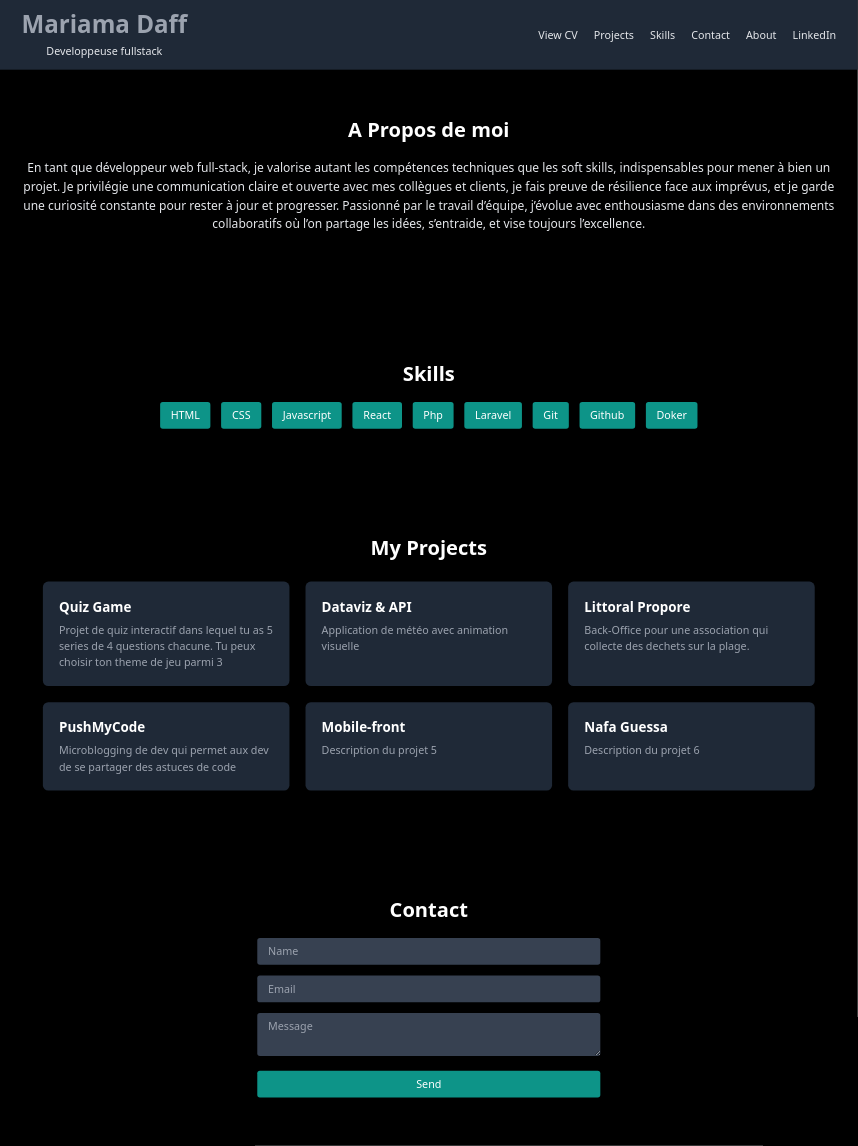
Repository: mariamdaff/Projets_Perso
Page: / (app in mon_portfolio/)
These files come from the project's save history. The page is drawn as it stood at one moment and after the next save; the edit follows.
The browser window is 1280 px wide. The pictures show the whole page, at 67% of full size.
The project was rebuilt for these pictures with package versions that can differ from the ones it lists, and the page was loaded fresh each time. Also part of the build but not shown: mon_portfolio/vite.config.js.

Above is the page before, as saved 2025-04-20 17:10:04.

### mon_portfolio/index.html
<!doctype html>
<html lang="en">
  <head>
    <meta charset="UTF-8" />
    <link rel="icon" type="image/svg+xml" href="/cvFivicon.png" />
    <meta name="viewport" content="width=device-width, initial-scale=1.0" />
    <title>Mon portfolio</title>
  </head>
  <body className="bg-black text-gray-400">
    <div id="root"></div>
    <script type="module" src="/src/main.jsx"></script>
  </body>
</html>

### mon_portfolio/src/main.jsx
import './index.css';
import { StrictMode } from 'react'
import { createRoot } from 'react-dom/client'
import './index.css'
import App from './App.jsx'

createRoot(document.getElementById('root')).render(
  <StrictMode>
    <App />
  </StrictMode>,
)

### mon_portfolio/src/App.jsx
import React from 'react';
import { BrowserRouter as Router, Routes, Route } from 'react-router-dom';
// import NavbarElement from './component/navBar/NavBarComponent';
import Layout from './Layout';


const App = () => {
  return (
    <Router>

      <Routes>
        <Route path="/" element={<Layout />}>
        </Route>
      </Routes>

    </Router>
  );
};

export default App;

### mon_portfolio/src/Layout.jsx
import React from 'react';
import NavbarElement from './components/navBar/NavBarComponent';
import Projets from './components/projets/Projets';
import Contact from './components/contact/Contact';
import APropos from './components/A_Propos/APropos';
import Skills from './components/skills/Skills';
import { Element } from 'react-scroll';

const Layout = () => {
  return (
    <div className="bg-black min-h-screen text-white scroll-smooth">
      <NavbarElement />
      <main className="p-6 space-y-16">
        <Element name="a-propos">
          <APropos />
        </Element>
        <Element name="skills">
          <Skills />
        </Element>
        <Element name="projets">
          <Projets />
        </Element>
        <Element name="contact">
          <Contact />
        </Element>
      </main>
    </div>
  );
};

export default Layout;

### mon_portfolio/src/components/navBar/NavBarComponent.jsx

import React from 'react';
import LiensDeNavigation from './NavBarLiens.jsx';
import Description from './NavBarDescriptionPost.jsx';
import MonNom from './NavBarNom.jsx';


const NavbarElement = () => {
  return (
    <header className="sticky top-0 z-50 bg-gray-800 shadow-md">
      <nav className="text-gray-200 px-8 py-4 flex justify-between items-center">
        <div className="text-center">
          <MonNom />
          <Description />
        </div>
        <LiensDeNavigation />
      </nav>
    </header>
  );
};

export default NavbarElement;

### mon_portfolio/src/components/projets/Projets.jsx
import React from 'react';

const Projets = () => {
  const projets = [
    { id: 1, titre: 'Quiz Game', description: 'Projet de quiz interactif dans lequel tu as 5 series de 4 questions chacune. Tu peux choisir ton theme de jeu parmi 3'},
    { id: 2, titre: 'Dataviz & API', description: 'Application de météo avec animation visuelle ' },
    { id: 3, titre: 'Littoral Propore', description: 'Back-Office pour une association qui collecte des dechets sur la plage.' },
    { id: 4, titre: 'PushMyCode ', description: ' Microblogging de dev qui permet aux dev de se partager des astuces de code' },
    { id: 5, titre: 'Mobile-front', description: 'Description du projet 5' },
    { id: 6, titre: 'Nafa Guessa', description: 'Description du projet 6' },
  ];

  return (
    <section className="py-12 px-4 bg-black text-white">
      <h2 className="text-3xl font-bold mb-8 text-center">My Projects</h2>
      <div className="grid grid-cols-1 sm:grid-cols-2 lg:grid-cols-3 gap-6 max-w-6xl mx-auto">
        {projets.map((projet) => (
          <div
            key={projet.id}
            className="bg-gray-800 p-6 rounded-lg shadow-lg hover:scale-105 transition"
          >
            <h3 className="text-xl font-semibold mb-2">{projet.titre}</h3>
            <p className="text-gray-400">{projet.description}</p>
          </div>
        ))}
      </div>
    </section>
  );
};

export default Projets;

### mon_portfolio/src/components/contact/Contact.jsx
import React from 'react';
const Contact =()=>{
    return(
        <section className="py-12 text-center">
        <h2 className="text-3xl font-semibold mb-6">Contact</h2>
        <form className="max-w-lg mx-auto">
          <input
            type="text"
            placeholder="Name"
            className="bg-gray-700 text-white px-4 py-2 rounded mb-4 w-full"
          />
          <input
            type="email"
            placeholder="Email"
            className="bg-gray-700 text-white px-4 py-2 rounded mb-4 w-full"
          />
          <textarea
            placeholder="Message"
            className="bg-gray-700 text-white px-4 py-2 rounded mb-4 w-full"
          />
          <button className="bg-teal-600 px-6 py-2 rounded w-full">Send</button>
        </form>
      </section>
    );
};

export default Contact;

### mon_portfolio/src/components/A_Propos/APropos.jsx
import React from 'react';
const APropos = () =>{
    return(
        <section className="text-center py-12">
        <h2 className="text-3xl font-semibold mb-6">A Propos de moi</h2>
       <p className="text-lg text-gray-200 mb-8">En tant que développeur web full-stack, je valorise autant les compétences techniques que les soft skills,
         indispensables pour mener à bien un projet. Je privilégie une communication claire et ouverte avec mes collègues et clients,
          je fais preuve de résilience face aux imprévus, et je garde une curiosité constante pour rester à jour et progresser.
          Passionné par le travail d’équipe, j’évolue avec enthousiasme dans des environnements collaboratifs où l’on partage les idées,
           s’entraide, et vise toujours l’excellence.</p>
      </section>
    );

};
export default APropos;

### mon_portfolio/src/components/skills/Skills.jsx
import React from 'react';
const Skills = () =>{
    return(
        <section className="py-12 text-center">
        <h2 className="text-3xl font-semibold mb-6">Skills</h2>
        <div className="space-x-4">
        <button className="bg-teal-600 px-4 py-2 rounded">HTML</button>
        <button className="bg-teal-600 px-4 py-2 rounded">CSS</button>
        <button className="bg-teal-600 px-4 py-2 rounded">Javascript</button>
        <button className="bg-teal-600 px-4 py-2 rounded">React</button>
        <button className="bg-teal-600 px-4 py-2 rounded">Php</button>
        <button className="bg-teal-600 px-4 py-2 rounded">Laravel</button>
        <button className="bg-teal-600 px-4 py-2 rounded">Git</button>
        <button className="bg-teal-600 px-4 py-2 rounded">Github</button>
        <button className="bg-teal-600 px-4 py-2 rounded">Doker</button>
        </div>
        </section>
    );

};
export default Skills;

### mon_portfolio/src/components/navBar/NavBarLiens.jsx
import React from 'react';
import { Link } from 'react-scroll';

//  import { Link } from 'react-router-dom';



const LiensDeNavigation = () =>{
return (
    <ul className="flex space-x-6">
      <li> <a
            href="/monCV.pdf"
            target="_blank"
            rel="noopener noreferrer"
            className="btn-nav hover:text-gray-400 transition"
            >
             View CV
        </a></li>
        <Link
  to="projets"
  smooth={true}
  duration={500}
  offset={-70} // décale pour prendre en compte ta navbar
  className="cursor-pointer hover:text-gray-400 transition"
>
  Projects
</Link>
<Link
  to="skills"
  smooth={true}
  duration={500}
  offset={-70}
  className="cursor-pointer hover:text-gray-400 transition"
>
  Skills
</Link>
<Link
  to="contact"
  smooth={true}
  duration={500}
  offset={-70}
  className="cursor-pointer hover:text-gray-400 transition"
>
  Contact
</Link>
<Link
  to="A_Propos"
  smooth={true}
  duration={500}
  offset={-70}
  className="cursor-pointer hover:text-gray-400 transition"
>
  About
</Link>

      <li><a href="https://www.linkedin.com/in/mariama-daff"
            target="_blank"
            rel="noopener noreferrer"
            className="nav-btn  hover:text-gray-400 transition"
            >
            LinkedIn
        </a></li>

    </ul>
  );
};

export default LiensDeNavigation;

### mon_portfolio/src/components/navBar/NavBarDescriptionPost.jsx
import React from 'react';

const Description = () =>{
return (
   <p className="text-md mt-2">Developpeuse fullstack</p>
  );
};

export default Description;

### mon_portfolio/src/components/navBar/NavBarNom.jsx
import React from 'react';

const MonNom = () =>{
return (
   <h1 className="text-4xl font-bold text-gray-400">Mariama Daff</h1>
  );
};

export default MonNom;

Loaded but not shown: mon_portfolio/src/index.css (common file); mon_portfolio/tailwind.config.js (common file)

After the next save:
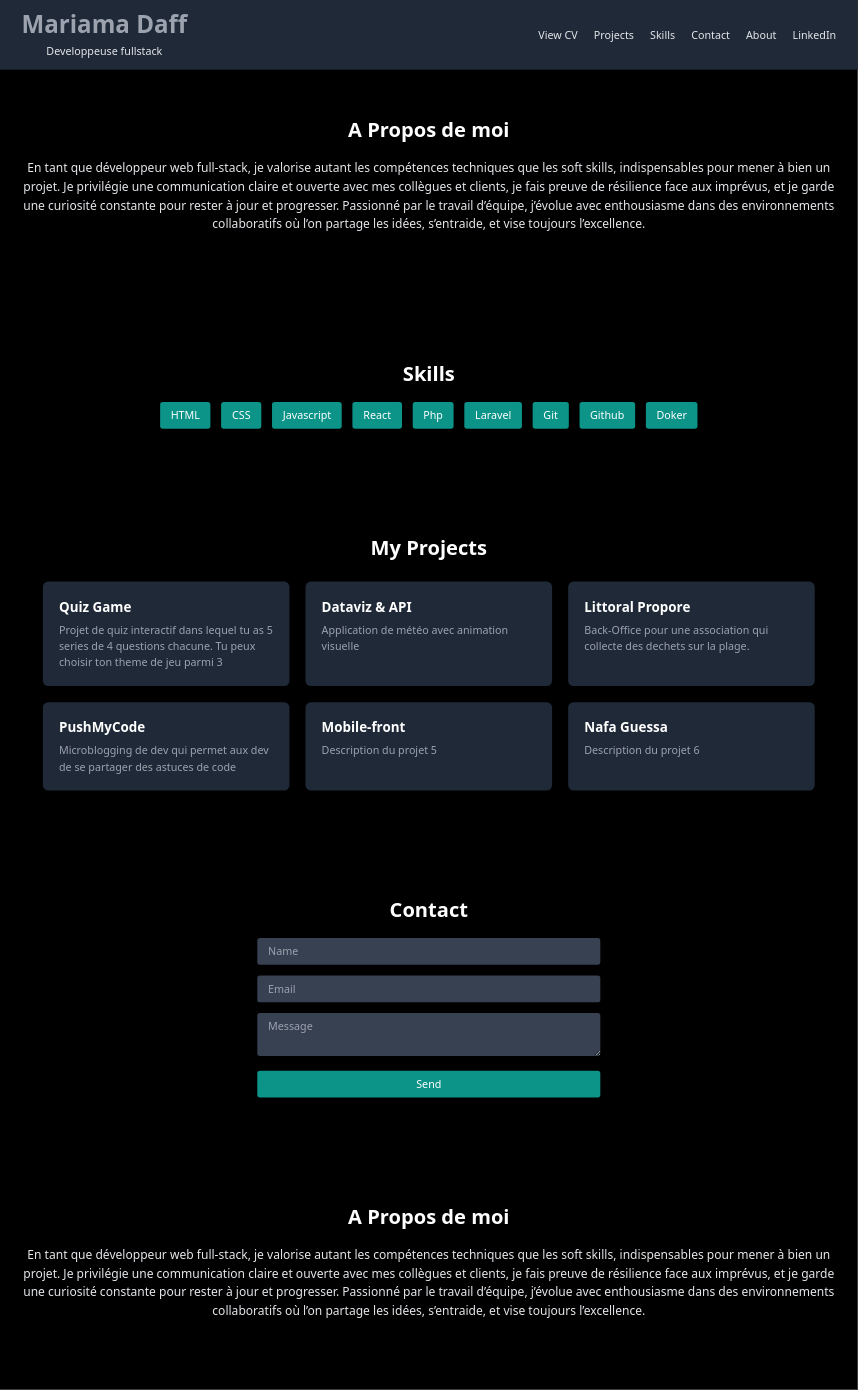
Saved 4 min 56 s later.
--- a/mon_portfolio/src/Layout.jsx
+++ b/mon_portfolio/src/Layout.jsx
@@ -23,6 +23,9 @@
         <Element name="contact">
           <Contact />
         </Element>
+        <Element name="A_Propos">
+          <APropos />
+        </Element>
       </main>
     </div>
   );

After the save that followed:
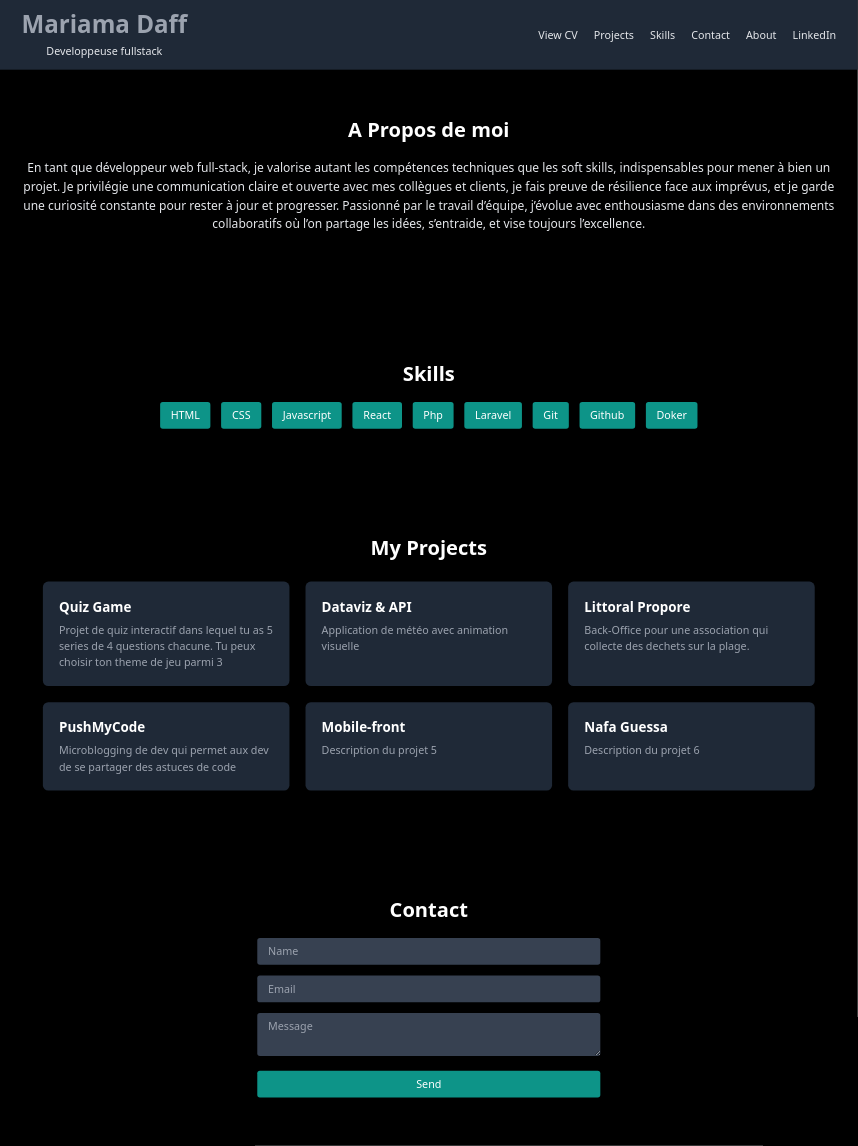
Saved 5 min 54 s later.
--- a/mon_portfolio/src/Layout.jsx
+++ b/mon_portfolio/src/Layout.jsx
@@ -11,7 +11,7 @@
     <div className="bg-black min-h-screen text-white scroll-smooth">
       <NavbarElement />
       <main className="p-6 space-y-16">
-        <Element name="a-propos">
+      <Element name="A_Propos">
           <APropos />
         </Element>
         <Element name="skills">
@@ -23,9 +23,7 @@
         <Element name="contact">
           <Contact />
         </Element>
-        <Element name="A_Propos">
-          <APropos />
-        </Element>
+
       </main>
     </div>
   );
